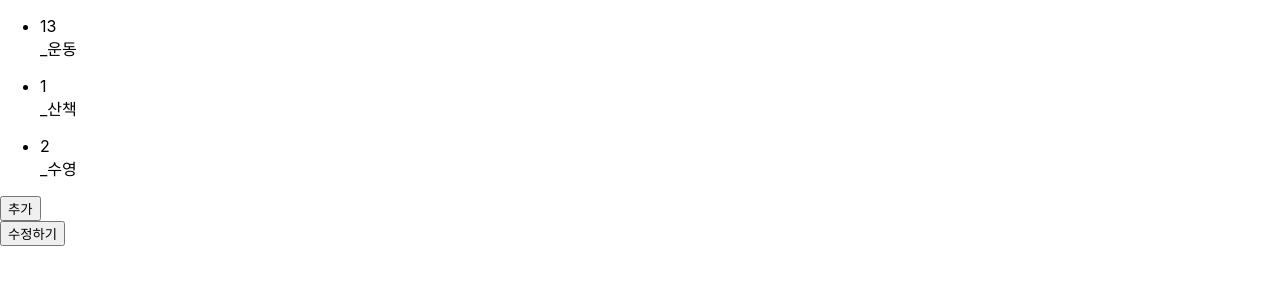
Repository: 0gunkim/REACT-TODO-PRAC
Page: / (app in todo/)
An editor plug-in stored every save of this project. The page is shown before and after the next save, followed by the edit.
The browser window is 1280 px wide. The pictures show the whole page.
The project was rebuilt for these pictures with package versions that can differ from the ones it lists, and the page was loaded fresh each time.

Above is the page before, as saved 2023-01-04 15:05:23.

After the next save:
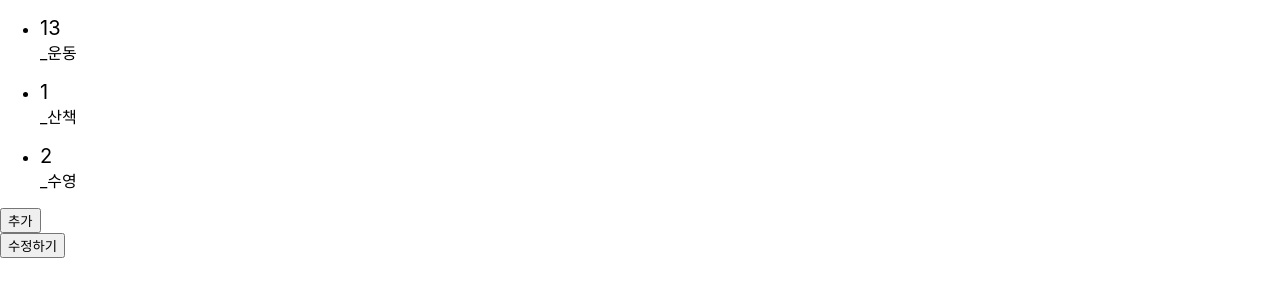
Saved 4 s later.
--- a/todo/src/pages/TodoList.jsx
+++ b/todo/src/pages/TodoList.jsx
@@ -24,5 +24,5 @@ export default function TodoList() {
     );
 }
 const STTime = styled.div`
-    font-size: 20pxl
+    font-size: 20px;
 `
